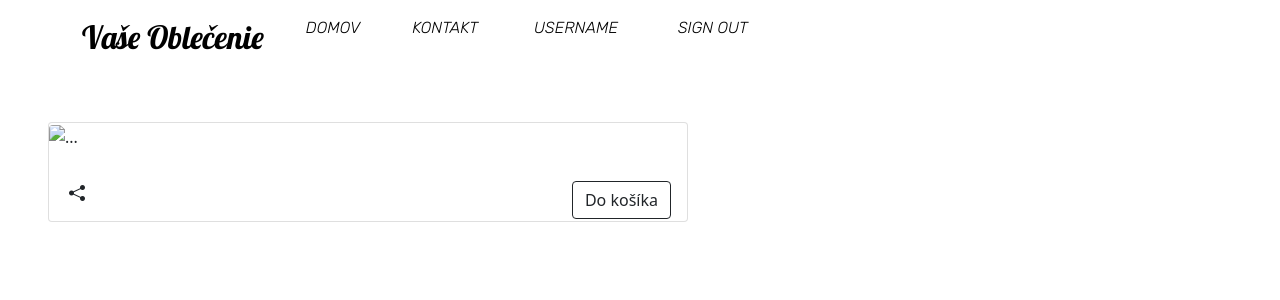
Repository: eqwdq/Eshop---high-school-final-thesis
Page: product_page_test - Copy.html
The author's editor kept a copy of each file at every save. The page is drawn from the files as they stood at one save, then again after the next save.
The browser window is 1280 px wide. The pictures show the whole page.

Above is the page before, as saved 2022-04-04 19:52:21.

### product_page_test - Copy.html
<!DOCTYPE html>
<html lang="en">
<head>
    <meta charset="UTF-8">
    <meta http-equiv="X-UA-Compatible" content="IE=edge">
    <meta name="viewport" content="width=device-width, initial-scale=1.0">
    <title id="titletop"></title>
    <!-- fonts -->
    <link rel="preconnect" href="https://fonts.googleapis.com">
	<link rel="preconnect" href="https://fonts.gstatic.com" crossorigin>
	<link href="https://fonts.googleapis.com/css2?family=Lobster&family=Rubik:ital,wght@1,300&display=swap" rel="stylesheet">

	<!-- bootstrap -->
	<link href="https://cdn.jsdelivr.net/npm/bootstrap@5.1.3/dist/css/bootstrap.min.css" rel="stylesheet" integrity="sha384-1BmE4kWBq78iYhFldvKuhfTAU6auU8tT94WrHftjDbrCEXSU1oBoqyl2QvZ6jIW3" crossorigin="anonymous">

    <link rel="stylesheet" type="text/css" href="test1.css">
    <link rel="stylesheet" href="https://cdn.jsdelivr.net/npm/bootstrap-icons@1.8.0/font/bootstrap-icons.css">
</head>
<body>

    <nav class="navbar">
        <div class="container">
            <ul class="nav me-auto my-2 my-lg-0">
                <a class="navbar-brand">Vaše Oblečenie</a>
                <li class="nav-item">
                    <a class="nav-link active" href="eshop-products-HOME - Copy.html">Domov</a>
                </li>
                <li class="nav-item">
                    <a class="nav-link " href="#">kontakt</a>
                </li>

                <li class="nav-item mx-1">
                    <a id="userlink" class="nav-link" href="#">Username</a>
                </li>

                <li class="nav-item mx-1">
                    <a id="signoutlink" class="nav-link" href="#">Sign out</a>
                </li>


            </ul>
        </div>
    </nav>

    <div class="card m-5 col-md-6 " >
            <div >
                <img src="" class="card-img-top rounded"  id="bigimg" alt="...">
            </div>
            <div class="smImgDiv">

            </div>
            <div>
                <div class="card-body">
                    <h4 class="card-title text-center display-4" id="title"></h4>
                    <ul id="points" >

                    </ul>
                    <p class="card-text" id="description"></p>
                    <div class="position-relative bottom-100" id="btnDiv">
                        <h6 id="price" class="float-start"></h6>
                        <i class="bi bi-share-fill my-2 mx-1 float-center"></i>
                        <button class="btn btn-outline-dark float-end shop-item-button">Do košíka</button>
                    </div>
                </div>
            </div>
    </div>


    <script>

        // let userlink = document.getElementById('userlink');
        // let signoutlink = document.getElementById('signoutlink');
        // let currentUser = null;

        // function getUsername(){
        //     let keepLoggedIn = localStorage.getItem("keepLoggedIn");

        //     if(keepLoggedIn == "yes"){
        //         currentUser = JSON.parse(localStorage.getItem('user'))
        //     }
        //     else {
        //         currentUser = JSON.parse(sessionStorage.getItem('user'));
        //     }
        // }

        // signoutlink.addEventListener('click', signOut)
        // function signOut() {
        //     sessionStorage.removeItem('user');
        //     localStorage.removeItem('user');
        //     localStorage.removeItem('keepLoggedIn');
        //     window.location = "product_page_test - Copy.html";
        // }

        // window.onload = function() {
        //     getUsername();
        //     if(currentUser == null){
        //         userlink.innerText = "Nový účet";
        //         userlink.classList.replace("nav-link", "btn");
        //         userlink.classList.add("btn-outline-primary");
        //         userlink.href = "register_test_new.html"

        //         signoutlink.innerText = "Prihlásiť sa";
        //         signoutlink.classList.replace("nav-link", "btn");
        //         signoutlink.classList.add("btn-outline-success");
        //         signoutlink.href = "login_test_new.html"
        //     }

        //     else {
        //         userlink.style.display = "none";

        //         signoutlink.innerText = "Odhlásiť sa";
        //         signoutlink.classList.replace("nav-link", "btn");
        //         signoutlink.classList.add("btn-outline-success");
        //         signoutlink.classList.add("btn");
        //         signoutlink.href = "javascript:Signout()";
        //     }
        // }



		let product = null;
		window.onload = function() {
			product = localStorage.product;
			if(product) {
				product = JSON.parse(product);
				LoadProduct();
			}
		}
        console.log(product);
		function LoadProduct() {
			document.getElementById('titletop').innerHTML = product.ProductTitle;
			document.getElementById('bigimg').src = product.linksOfImagesArray[0];
			document.getElementById('title').innerHTML = product.ProductTitle;
			document.getElementById('description').innerHTML = product.Description;
			document.getElementById('price').innerHTML =  product.Price + " €";
			if(product.stock < 1 )document.getElementById('btnDiv').innerHTML = '<h3 class="text-warning"> Nie je na sklade</h3>';
			genLi();
		}

		function genLi() {
			product.Points.forEach(html => {
				if(html.length > 1){
					var li = document.createElement('li');
					li.innerHTML = html;
					document.getElementById('points').append(li);

				}
			});
		}

		function genImg(){
			let i = 1;
			let html = '';
			product.linksOfImagesArray.forEach(imglink => {
				let img = document.createElement('img');
				img.src = imglink;
				img.classList.add("smimg","mr-2","mb-2");
				img.id = 'im' + (i++);
				img.addEventListener('click',ChangeBigImg);
				document.getElementById('smImgDiv').append(img);
			});
		}

		function ChangeBigImg(event) {
			let elem = document.getElementById(event.target.id);
			document.getElementById('bigimg').src = elem.src;
		}


	</script>

    <!-- <script src="login_javascript_test.js"></script> -->
</body>
</html>

### test1.css
.navbar-brand {
	font-size: 2rem;
	color: black;
	font-family: 'Lobster', cursive;
}

.navbar-brand:hover {
	color: rgb(179, 69, 69);
}
.nav-link {
	margin-right: 10px;
	margin-left: 10px;
	color: black;
	font-family: 'Rubik', sans-serif;
	text-transform: uppercase;
}
.nav-link:hover{
	color: black;
}

.customButton{
	height: 40px;
	width: 40%;
	outline: none;
	border: none;
	background-color: rgb(248, 26, 92);
	color: white;
	border-radius: 60px;
	font-weight: 700;
}
/* .btn {
	height: 40px;
	width: 40%;
	outline: none;
	border: none;
	background-color: rgb(248, 26, 92);
	color: white;
	border-radius: 60px;
	font-weight: 700;
} */

.defaultButton {
	color: white;
	border-radius: 60px;
	font-weight: 700;
}

.btn1 {
	height: 45px;
	width: 35%;
	border: none;
	outline: none;
	background-color: rgb(248, 26, 92);  /*search color*/
	color: white;
	font-weight: 700;
	border-radius: 60px;

}
.btn1:hover{
	background-color: rgb(248, 26, 92);
	transition: 0.5s;
}

.img-fluid {
	height: 15em;
	width: auto;
}
.red-color{
	color: rgb(248, 26, 92);
}
h1{
	font-weight: 700;
}
.card:hover{
	box-shadow: -2px -1px 25px -4px rgba(0, 0, 0, 0.75);
	-webkit-box-shadow: -2px -1px 25px -4px rgba(0, 0, 0, 0.75);
	-moz-box-shadow: -2px -1px 25px -4px rgba(0, 0, 0, 0.75);
	transition: 0.5s;
}
footer a:visited,footer a:link {
	color: black;
  	background-color: transparent;
  	text-decoration: none;
}
footer a:hover {
	color: rgb(248, 26, 92);

}
.menu-item {
	list-style-type: none;
	margin: 0;
	padding: 0;

}
footer li{
	padding: 0.2rem;
	font-weight: 500;
	font-size: 1rem;
}
.new img{
	border-radius: 50%;
}
.offcanvas-footer{
    padding: 1rem 1rem;
    border-top: 1px solid #dee2e6;
}

.breadcrumb {
    background-color: transparent;
    border: 1px lightgray solid;
    font-size: 12px;
    color: whitesmoke;
    margin-top: 10px;
}

.breadcrumb-item, .breadcrumb-item a {
    color: darkslategray !important;
    font-weight: bold;
}

After the next save:
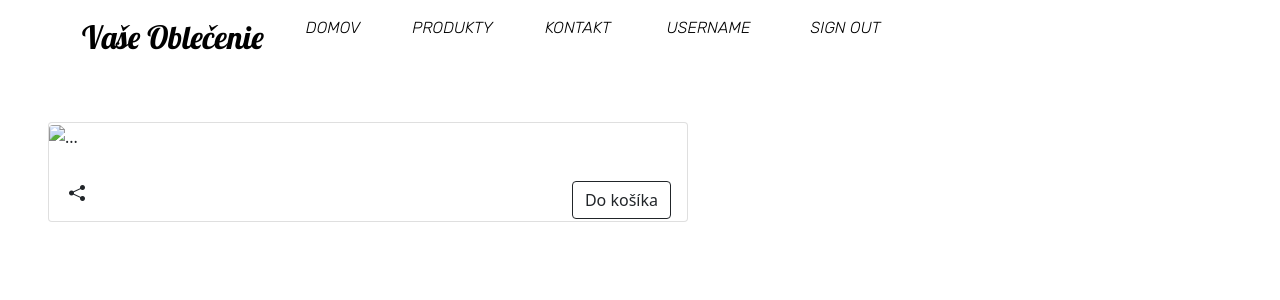
Saved 64 s later.
--- a/product_page_test - Copy.html
+++ b/product_page_test - Copy.html
@@ -23,7 +23,10 @@
             <ul class="nav me-auto my-2 my-lg-0">
                 <a class="navbar-brand">Vaše Oblečenie</a>
                 <li class="nav-item">
-                    <a class="nav-link active" href="eshop-products-HOME - Copy.html">Domov</a>
+                    <a class="nav-link active" href="eshop-products-HOME.html">Domov</a>
+                </li>
+                <li class="nav-item">
+                    <a class="nav-link" href="eshop-products.html">Produkty</a>
                 </li>
                 <li class="nav-item">
                     <a class="nav-link " href="#">kontakt</a>
@@ -66,58 +69,52 @@
     </div>
 
 
-    <script>
+    <script>let userlink = document.getElementById('userlink');
+        let signoutlink = document.getElementById('signoutlink');
+        let currentUser = null;
 
-        // let userlink = document.getElementById('userlink');
-        // let signoutlink = document.getElementById('signoutlink');
-        // let currentUser = null;
+        function getUsername(){
+            let keepLoggedIn = localStorage.getItem("keepLoggedIn");
 
-        // function getUsername(){
-        //     let keepLoggedIn = localStorage.getItem("keepLoggedIn");
+            if(keepLoggedIn == "yes"){
+                currentUser = JSON.parse(localStorage.getItem('user'))
+            }
+            else {
+                currentUser = JSON.parse(sessionStorage.getItem('user'));
+            }
+        }
+        signoutlink.addEventListener('click', signOut)
+        function signOut() {
+            sessionStorage.removeItem('user');
+            localStorage.removeItem('user');
+            localStorage.removeItem('keepLoggedIn');
+            window.location = "eshop-products-HOME - Copy.html";
+        }
 
-        //     if(keepLoggedIn == "yes"){
-        //         currentUser = JSON.parse(localStorage.getItem('user'))
-        //     }
-        //     else {
-        //         currentUser = JSON.parse(sessionStorage.getItem('user'));
-        //     }
-        // }
+        window.onload = function() {
+            getUsername();
+            if(currentUser == null){
+                userlink.innerText = "Nový účet";
+                userlink.classList.replace("nav-link", "btn");
+                userlink.classList.add("btn-outline-primary");
+                userlink.href = "register_test_new.html"
 
-        // signoutlink.addEventListener('click', signOut)
-        // function signOut() {
-        //     sessionStorage.removeItem('user');
-        //     localStorage.removeItem('user');
-        //     localStorage.removeItem('keepLoggedIn');
-        //     window.location = "product_page_test - Copy.html";
-        // }
+                signoutlink.innerText = "Prihlásiť sa";
+                signoutlink.classList.replace("nav-link", "btn");
+                signoutlink.classList.add("btn-outline-success");
+                signoutlink.href = "login_test_new.html"
+            }
 
-        // window.onload = function() {
-        //     getUsername();
-        //     if(currentUser == null){
-        //         userlink.innerText = "Nový účet";
-        //         userlink.classList.replace("nav-link", "btn");
-        //         userlink.classList.add("btn-outline-primary");
-        //         userlink.href = "register_test_new.html"
+            else {
+                userlink.style.display = "none";
 
-        //         signoutlink.innerText = "Prihlásiť sa";
-        //         signoutlink.classList.replace("nav-link", "btn");
-        //         signoutlink.classList.add("btn-outline-success");
-        //         signoutlink.href = "login_test_new.html"
-        //     }
-
-        //     else {
-        //         userlink.style.display = "none";
-
-        //         signoutlink.innerText = "Odhlásiť sa";
-        //         signoutlink.classList.replace("nav-link", "btn");
-        //         signoutlink.classList.add("btn-outline-success");
-        //         signoutlink.classList.add("btn");
-        //         signoutlink.href = "javascript:Signout()";
-        //     }
-        // }
-
-
-
+                signoutlink.innerText = "Odhlásiť sa";
+                signoutlink.classList.replace("nav-link", "btn");
+                signoutlink.classList.add("btn-outline-success");
+                signoutlink.classList.add("btn");
+                signoutlink.href = "javascript:Signout()";
+            }
+        }
 		let product = null;
 		window.onload = function() {
 			product = localStorage.product;
